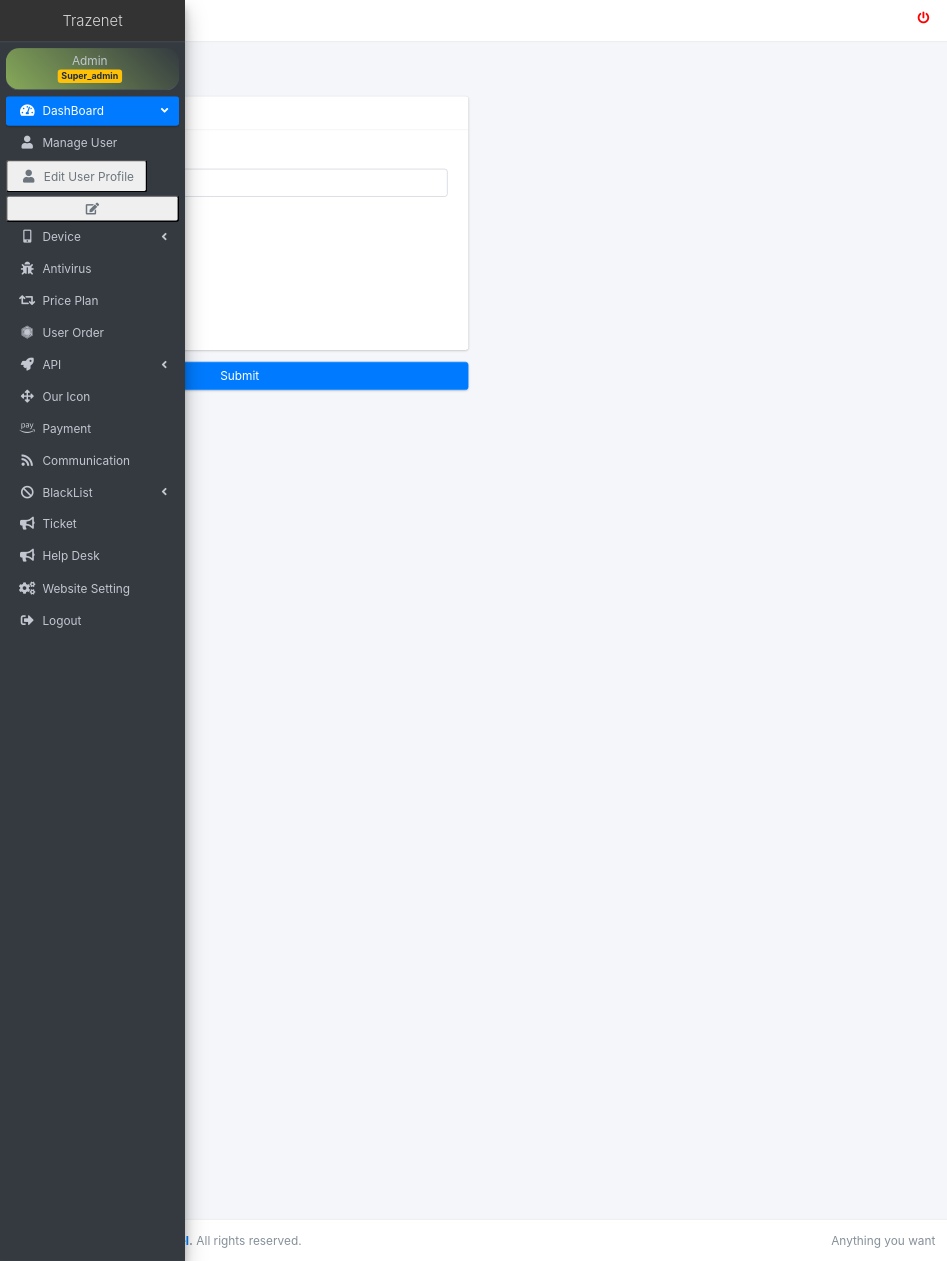
Repository: ufaqashraf/dashboard-laravel8
Page: http://localhost/icon
These files come from the project's save history. The page is drawn as it stood at one moment and after the next save; the edit follows.
The browser window is 1280 px wide. The pictures show the whole page, at 74% of full size.
Some web fonts or font styles are not loaded; a fallback is used. The page is served by the project's Laravel application, run on PHP 8.4 with Laravel 8. The first stored user is signed in. The database holds what the project's SQL file puts in it.

Above is the page before, as saved 2021-03-28 02:56:08.

After the next save:
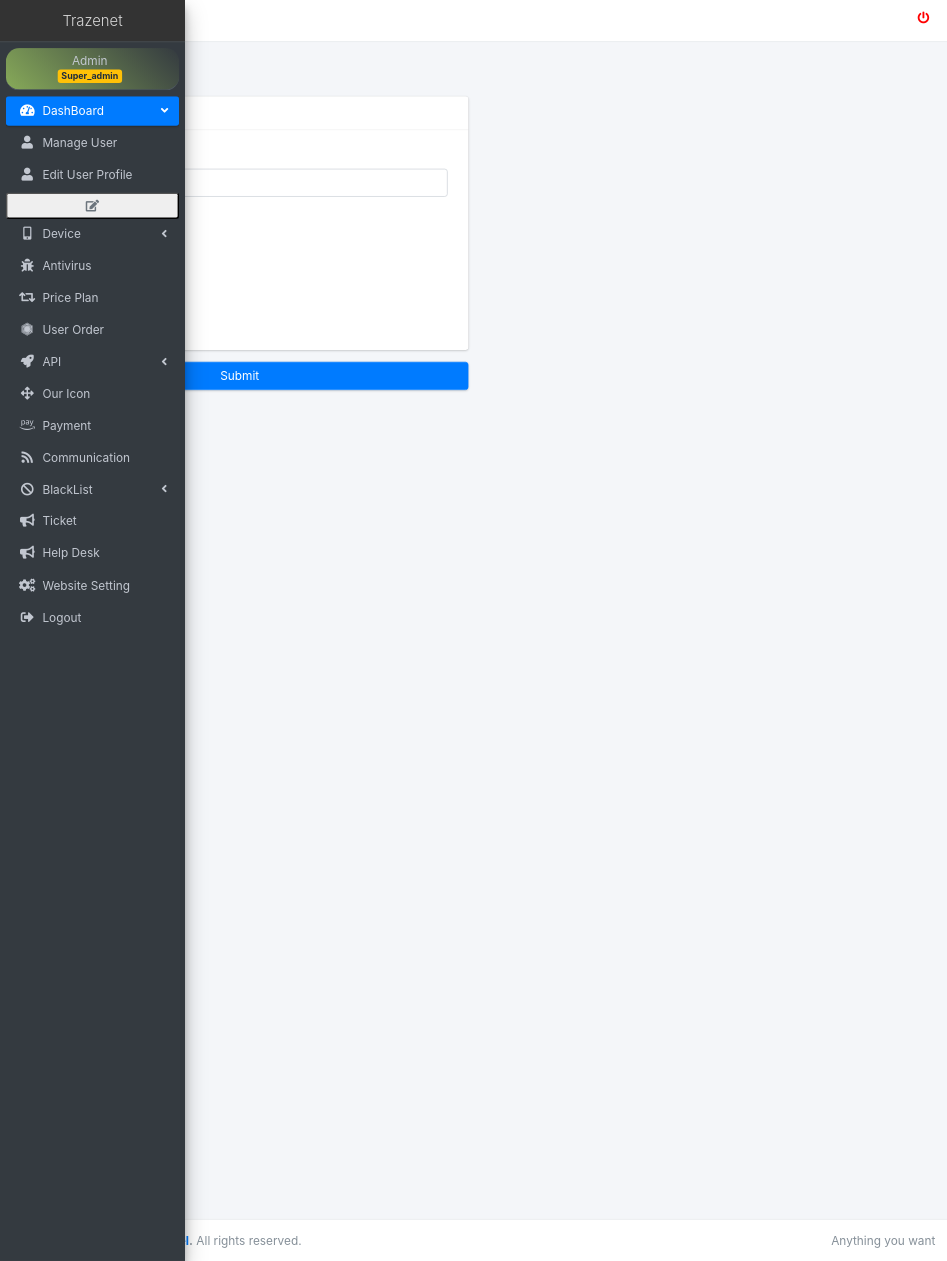
Saved 14 s later.
--- a/resources/views/layouts/backend/sidebar.blade.php
+++ b/resources/views/layouts/backend/sidebar.blade.php
@@ -43,12 +43,12 @@
           @endif
 
           <li class="nav-item has-treeview">
-            <button onclick="edit({{ $data   }})" class="nav-link">
+            <a onclick="edit({{ $data   }})" class="nav-link">
               <i class="nav-icon fa fa-user"></i>
               <p>
                 Edit User Profile
               </p>
-            </button>
+            </a>
           </li>
           <button onclick="edit({{ $data   }})" class="nav-link">
             <i class="fa fa-edit"></i>
